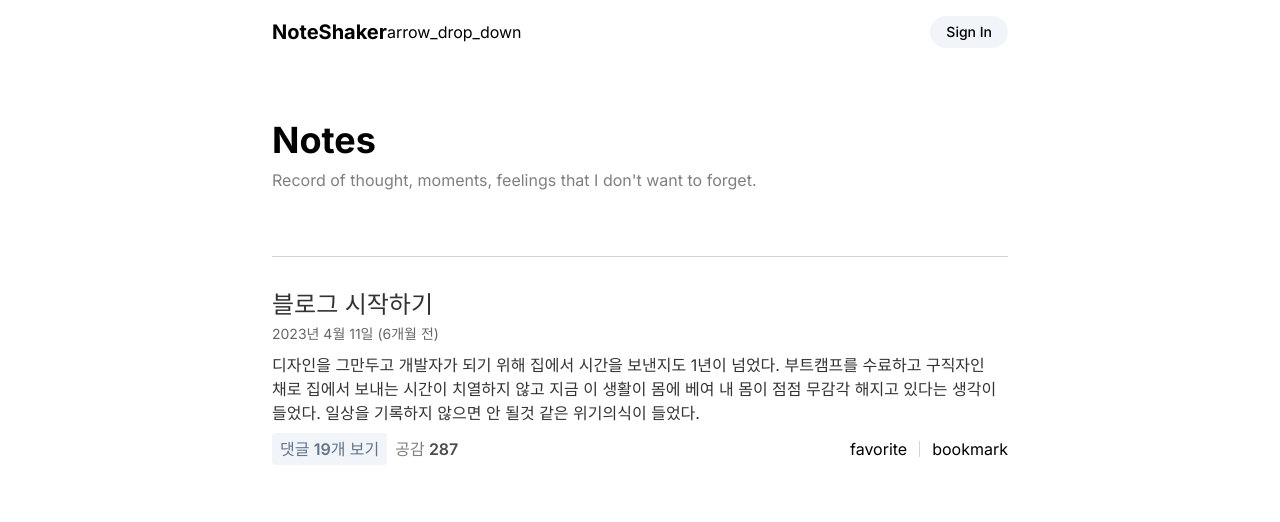
Repository: kwngmin/gongam
Page: /
These files come from the project's save history. The page is drawn as it stood at one moment and after the next save; the edit follows.
The browser window is 1280 px wide. The pictures show the whole page.
The page's requests for data from a server got no answer. The project was rebuilt for these pictures with package versions that can differ from the ones it lists, and the page was loaded fresh each time. The framework's server and built-in components were replaced by stand-ins that run in the browser. No one was signed in, and anything a server would have sent is missing. Also part of the build but not shown: next.config.js, src/components/ui/icons/SearchIcon.tsx, src/components/Avatar.tsx, src/components/ui/DockButton.tsx, src/components/ui/Dockbar.tsx.

Above is the page before, as saved 2023-11-05 00:49:54.

### src/app/layout.tsx
import type { Metadata } from 'next';
import { Inter } from 'next/font/google';
import './globals.css';
import Navbar from '@/components/ui/Navbar';
import 'material-symbols';
import AuthContext from '../context/AuthContext';
import { Analytics } from '@vercel/analytics/react';
import Head from 'next/head';
import Dockbar from '@/components/ui/Dockbar';
import SWRConfigContext from '@/context/SWRConfigContext';

const inter = Inter({ subsets: ['latin'] });

export const metadata: Metadata = {
  title: 'NoteShaker',
  description: 'Record of thought, moments, feelings',
};

export default function RootLayout({
  children,
}: {
  children: React.ReactNode;
}) {
  return (
    <html lang='en' className={inter.className}>
      <Head>
        <meta
          name='viewport'
          content='initial-scale=1.0,user-scalable=no,maximum-scale=1,width=device-width'
        />
      </Head>
      <body className='h-screen flex relative flex-col'>
        <AuthContext>
          <header className='sticky top-0 w-full max-w-screen-md mx-auto px-4'>
            <Navbar />
          </header>
          <main className='grow w-full overflow-auto'>
            <SWRConfigContext>{children}</SWRConfigContext>
          </main>
          <footer className=''>
            <Dockbar />
          </footer>
          <Analytics />
        </AuthContext>
      </body>
    </html>
  );
}

### src/app/page.tsx
import NotePost from '@/components/NotePost';
import Title from '@/components/ui/Title';

export default function Home() {
  const titleData = {
    title: `Notes`,
    description: `Record of thought, moments, feelings that I don't want to forget.`,
  };
  return (
    <section className='max-w-screen-md mx-auto px-4 h-fit'>
      <Title titleData={titleData} />
      <NotePost />
    </section>
  );
}

### src/app/globals.css
@tailwind base;
@tailwind components;
@tailwind utilities;

:root {
  --foreground-rgb: 0, 0, 0;
  --background-start-rgb: 214, 219, 220;
  --background-end-rgb: 255, 255, 255;
  --app-height: 100%;
}

@media (prefers-color-scheme: dark) {
  :root {
    --foreground-rgb: 255, 255, 255;
    --background-start-rgb: 0, 0, 0;
    --background-end-rgb: 0, 0, 0;
  }
}

@supports (-webkit-touch-callout: none) {
  .h-screen {
    height: -webkit-fill-available;
  }
}

/* font-variation-settings: 'FILL' 1, 'wght' 400, 'GRAD' 0, 'opsz' 40; */
.material-symbols-rounded {
  font-variation-settings: 'wght' 400;
  /* font-variation-settings: 'FILL' 1, 'wght' 600, 'GRAD' 0, 'opsz' 48; */
  &.filled {
    font-variation-settings: 'FILL' 1;
  }
  &.medium {
    font-size: 28px;
  }
  &.large {
    font-size: 32px;
  }
  &.xlarge {
    font-size: 36px;
  }
}

// 탭 하이라이트 제거
@layer base {
  html {
    -webkit-tap-highlight-color: transparent;
    /* 익스플로러 IE 10 확대 제어 */
    -ms-content-zooming: none;
    -ms-touch-action: pan-x pan-y;
  }
}

// safe-area 하단 대응
@layer utilities {
  .pb-safe {
    padding-bottom: env(safe-area-inset-bottom);
  }
}
/* footer {
  padding-bottom: constant(safe-area-inset-bottom);
  padding-left: constant(safe-area-inset-left);
  padding-right: constant(safe-area-inset-right);

  padding-bottom: env(safe-area-inset-bottom);
  padding-left: env(safe-area-inset-left);
  padding-right: env(safe-area-inset-right);
} */

// safe-area 상단 대응

body {
  padding: 0;
  margin: 0;
  width: 100%;
  overflow: hidden;
  touch-action: none;
}

.dockbar {
  padding-bottom: env(safe-area-inset-bottom);
}

### src/components/ui/Navbar.tsx
'use client';
import Link from 'next/link';
import SearchIcon from './icons/SearchIcon';
import ArrowDropDownIcon from './icons/ArrowDropDownIcon';
import { getServerSession } from 'next-auth';
import { authOptions } from '@/pages/api/auth/[...nextauth]';
import { usePathname } from 'next/navigation';
import { useSession } from 'next-auth/react';
import { useEffect, useState } from 'react';

export default function Navbar() {
  const pathName = usePathname();
  const { data: session } = useSession();
  const [isLoading, setIsLoading] = useState(true);

  // const session = await getServerSession(authOptions);
  // console.log(session);
  if (pathName === '/auth/signin') {
    return true;
  }
  console.log(session);
  return (
    <div className='h-16 flex items-center justify-between'>
      <Link href='/'>
        <div className='flex items-center'>
          <h1 className='text-lg md:text-xl font-bold'>NoteShaker</h1>
          <ArrowDropDownIcon />
        </div>
      </Link>
      {session ? (
        <Link href='/search'>
          <div className='flex items-center w-9 h-9 hover:bg-gray-100 justify-center rounded-2xl'>
            <SearchIcon />
          </div>
        </Link>
      ) : (
        <Link href='/auth/signin'>
          <div className='bg-slate-100 hover:bg-slate-200 rounded-full px-4 h-8 flex items-center font-medium text-sm select-none'>
            Sign In
          </div>
        </Link>
      )}
    </div>
  );
}

### src/context/AuthContext.tsx
'use client';
import { SessionProvider } from 'next-auth/react';
import { ReactNode } from 'react';
type Props = {
  children: ReactNode;
};
export default function AuthContext({ children }: Props) {
  return <SessionProvider>{children}</SessionProvider>;
}

### src/context/SWRConfigContext.tsx
'use client';

import { ReactNode } from 'react';
import { SWRConfig } from 'swr';

type Props = {
  children: ReactNode;
};
export default function SWRConfigContext({ children }: Props) {
  return (
    <SWRConfig
      value={{
        fetcher: (url: string) => fetch(url).then(res => res.json()),
      }}
    >
      {children}
    </SWRConfig>
  );
}

### src/components/NotePost.tsx
'use client';
import RoundIcon from './ui/icons/RoundIcon';
import { BsFillChatFill } from 'react-icons/bs';

export default function NotePost() {
  return (
    <div className='py-8 border-t border-gray-300'>
      <h2 className='text-xl lg:text-2xl font-bold lg:font-medium text-black/80'>
        블로그 시작하기
      </h2>
      <time className='text-black/60 text-sm'>2023년 4월 11일 (6개월 전)</time>
      <div className='text-black/80 mt-2 break-keep'>
        <p>
          디자인을 그만두고 개발자가 되기 위해 집에서 시간을 보낸지도 1년이
          넘었다. 부트캠프를 수료하고 구직자인 채로 집에서 보내는 시간이
          치열하지 않고 지금 이 생활이 몸에 베여 내 몸이 점점 무감각 해지고
          있다는 생각이 들었다. 일상을 기록하지 않으면 안 될것 같은 위기의식이
          들었다.
        </p>
      </div>
      <div className='flex justify-between items-center mt-2'>
        <div className='flex items-center gap-2'>
          <span className='cursor-pointer py-1 px-2 bg-slate-100 rounded text-slate-500 select-none font-medium'>
            {/* 댓글 달기 */}
            댓글 <span className='font-semibold'>19</span>개 보기
          </span>
          <span className='font-medium text-black/50'>
            공감 <span className='font-semibold text-black/70'>287</span>
          </span>
        </div>
        <div className='flex items-center gap-3'>
          <RoundIcon name='favorite' style='' />
          <span className='border-l border-gray-300 flex h-4' />
          <RoundIcon name='bookmark' style='' />
        </div>
      </div>
    </div>
  );
}

### src/components/ui/Title.tsx
type TitleData = {
  title: string;
  description: string;
};
export default function Title({ titleData }: { titleData: TitleData }) {
  const { title, description } = titleData;
  return (
    <div className='pt-14 pb-16'>
      <h1 className='text-3xl md:text-4xl font-bold mb-2'>{title}</h1>
      <p className='text-black/50 break-keep'>{description}</p>
    </div>
  );
}

### src/components/ui/icons/ArrowDropDownIcon.tsx
export default function ArrowDropDownIcon() {
  return (
    <span className='material-symbols-rounded fillIcon'>arrow_drop_down</span>
  );
}

### src/components/ui/icons/RoundIcon.tsx
type Props = {
  filled?: boolean;
  style?: string;
  name: string;
};
export default function RoundIcon({ filled = false, style, name }: Props) {
  return (
    <span
      className={`material-symbols-rounded ${
        filled ? 'filled' : ''
      } ${style} select-none`}
    >
      {name}
    </span>
  );
}

Loaded but not shown: tailwind.config.js (common file)

After the next save:
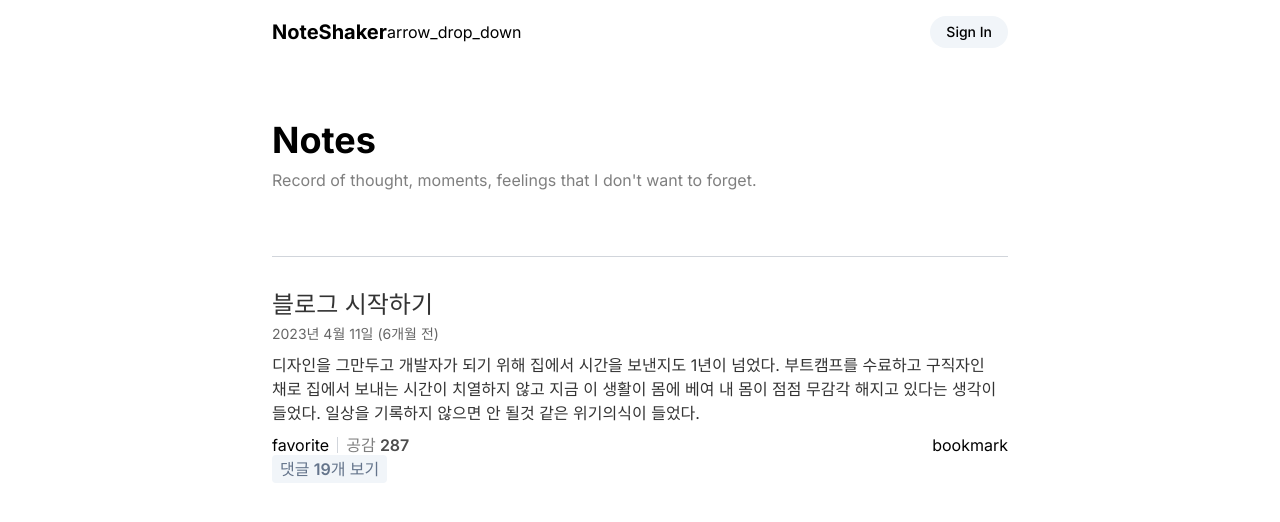
Saved 95 s later.
--- a/src/components/NotePost.tsx
+++ b/src/components/NotePost.tsx
@@ -20,20 +20,20 @@ export default function NotePost() {
       </div>
       <div className='flex justify-between items-center mt-2'>
         <div className='flex items-center gap-2'>
-          <span className='cursor-pointer py-1 px-2 bg-slate-100 rounded text-slate-500 select-none font-medium'>
-            {/* 댓글 달기 */}
-            댓글 <span className='font-semibold'>19</span>개 보기
-          </span>
+          <RoundIcon name='favorite' style='' />
+          <span className='border-l border-gray-300 flex h-4' />
           <span className='font-medium text-black/50'>
             공감 <span className='font-semibold text-black/70'>287</span>
           </span>
         </div>
         <div className='flex items-center gap-3'>
-          <RoundIcon name='favorite' style='' />
-          <span className='border-l border-gray-300 flex h-4' />
           <RoundIcon name='bookmark' style='' />
         </div>
       </div>
+      <span className='cursor-pointer py-1 px-2 bg-slate-100 rounded text-slate-500 select-none font-medium'>
+        {/* 댓글 달기 */}
+        댓글 <span className='font-semibold'>19</span>개 보기
+      </span>
     </div>
   );
 }
